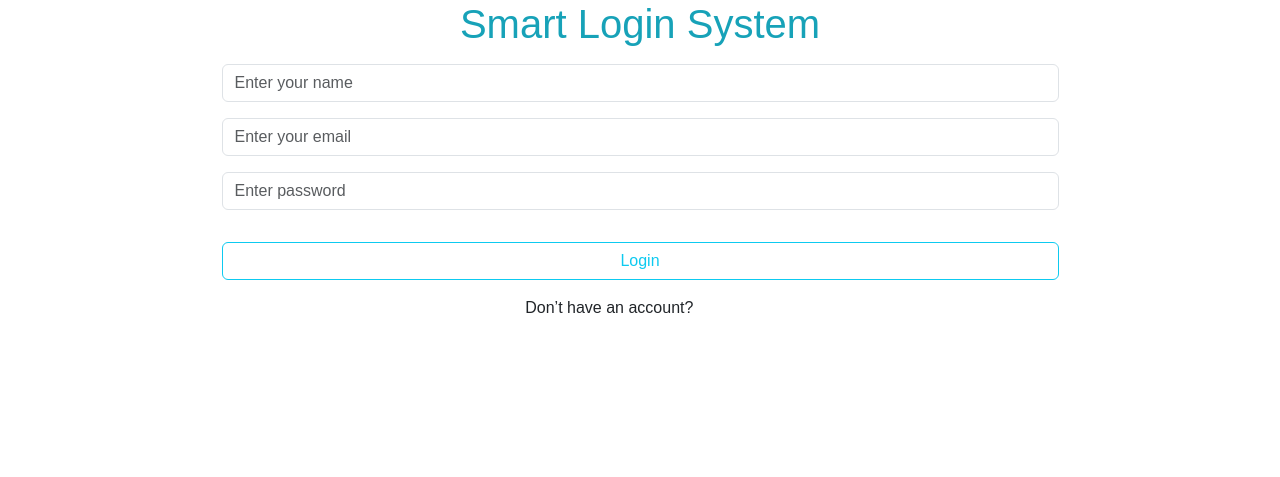
Repository: bodajava/TASK-4
Page: scoundIndex.html
The author's editor kept a copy of each file at every save. The page is drawn from the files as they stood at one save, then again after the next save.
The browser window is 1280 px wide. The pictures show the whole page.

Above is the page before, as saved 2025-06-18 19:41:38.

After the next save:
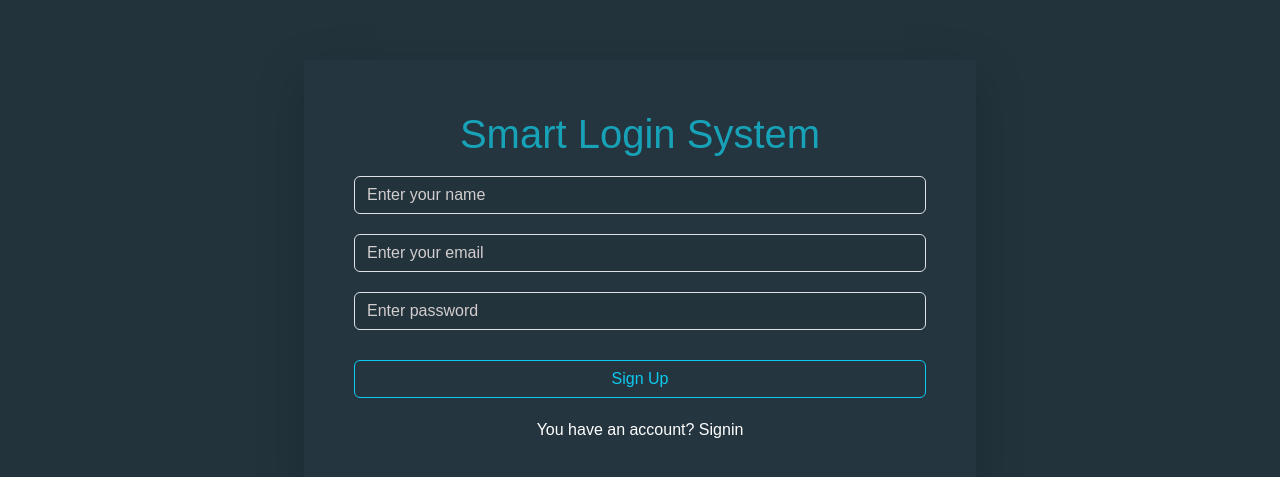
Saved 17 s later.
--- a/scoundIndex.html
+++ b/scoundIndex.html
@@ -8,33 +8,46 @@
     <meta name="viewport" content="width=device-width, initial-scale=1.0" />
     <title>Document</title>
   </head>
-  <body>
-    <div id="item" class="container text-center">
-      <div id="item2" class="m-auto w-75">
-        <h1>Smart Login System</h1>
-        <input
-          type="text"
-          class="form-control my-3"
-          placeholder="Enter your name"
-          id="signinEmail"
-        />
-        <input
-          type="password"
-          class="form-control my-3"
-          placeholder="Enter your email"
-          id="signinPassword"
-        />
-        <input
-          type="password"
-          class="form-control my-3"
-          placeholder="Enter password"
-          id="signinPassword"
-        />
-        <button class="btn btn-outline-info w-100 my-3">Login</button>
-        <p class="paragraph">
-          Don’t have an account?
-          <a class="anchor" href="index.html">Sign Up</a>
-        </p>
+  <body class="bg-22333c">
+    <div class="smart-app">
+      <div class="login shadow-lg">
+        <h1 class="text-capitalize">smart login system</h1>
+        <div action="" class="form d-flex flex-column">
+          <input
+            class="border border-1 rounded-2"
+            type="text"
+            id="userName"
+            placeholder="Enter your name"
+            autocomplete="off"
+          />
+          <input
+            class="border border-1 rounded-2"
+            type="email"
+            id="userEmail"
+            placeholder="Enter your email"
+            autocomplete="off"
+          />
+          <input
+            class="border border-1 rounded-2"
+            type="password"
+            id="userPass"
+            placeholder="Enter password"
+            autocomplete="off"
+          />
+          <div id="required">
+            <span></span>
+          </div>
+          <button
+            type="submit"
+            onclick="addUser()"
+            class="btn btn-outline-info text-decoration-none"
+          >
+            Sign Up
+          </button>
+          <label for="">
+            You have an account? <a href="index.html">Signin</a></label
+          >
+        </div>
       </div>
     </div>
     <script src="js/bootstrap.bundle.min.js"></script>
